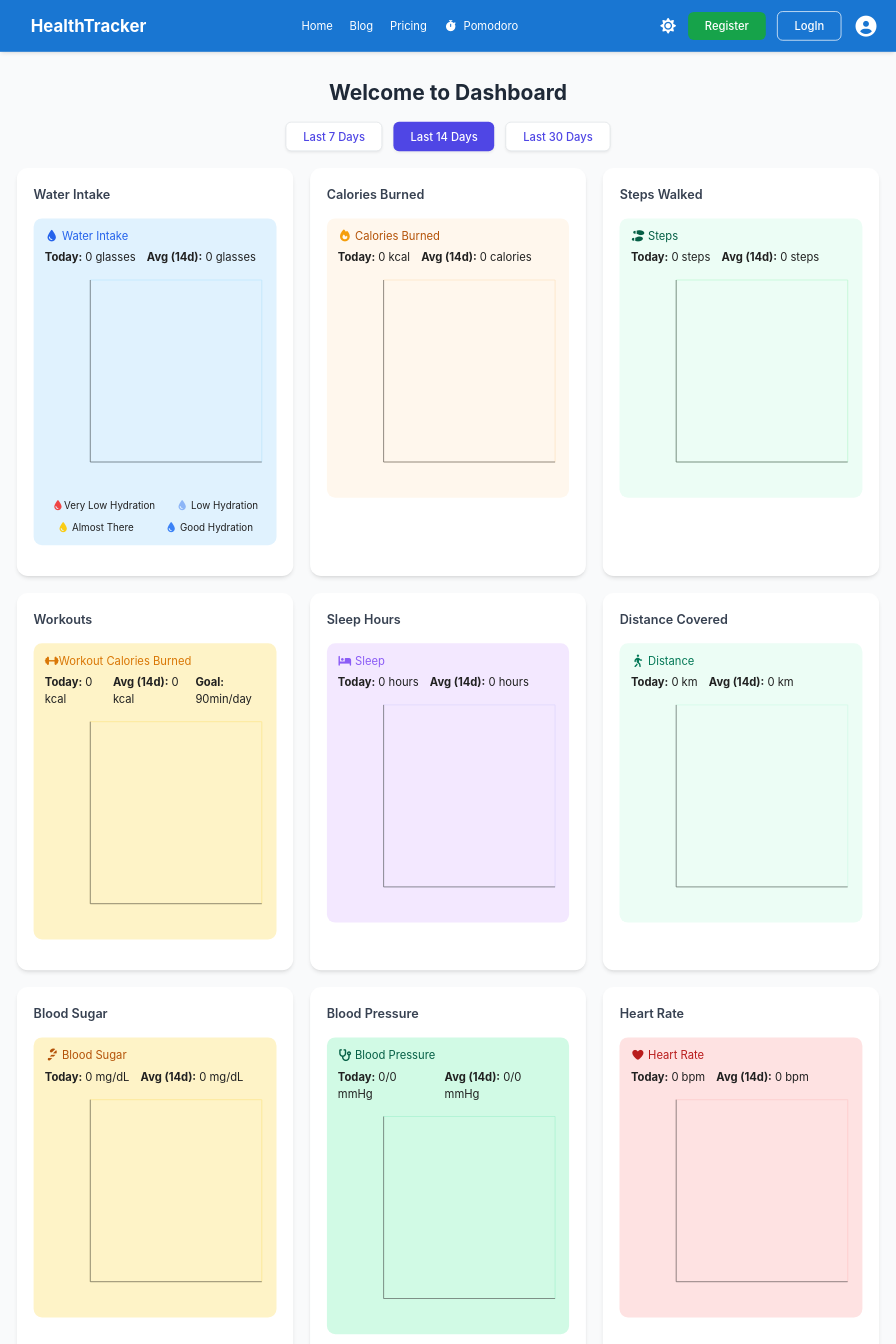
Repository: bhumikamourya/health-monitoring-application
Page: /dashboard (app in frontend/)
An editor plug-in stored every save of this project. The page is shown before and after the next save, followed by the edit.
The browser window is 1280 px wide. The pictures show the part of the page from y = 0 to 1920 px (the page is 2589 px tall), at 70% of full size.
The page's requests for data from a server got no answer. Some web libraries are served in a nearby version. The project was rebuilt for these pictures with package versions that can differ from the ones it lists, and the page was loaded fresh each time. No one was signed in, and anything a server would have sent is missing. Also part of the build but not shown: frontend/src/components/Home/particleBackground.js, frontend/src/components/Home/Component1.js, frontend/src/components/Home/Component2.js, frontend/src/components/Home/Component3.js, frontend/src/components/Home/Component4.js, frontend/src/components/Home/HomePage.js, frontend/src/components/Blog/Component1.js, frontend/src/components/Blog/Component2.js and 16 more.

Above is the page before, as saved 2025-10-14 19:10:22.

After the next save:
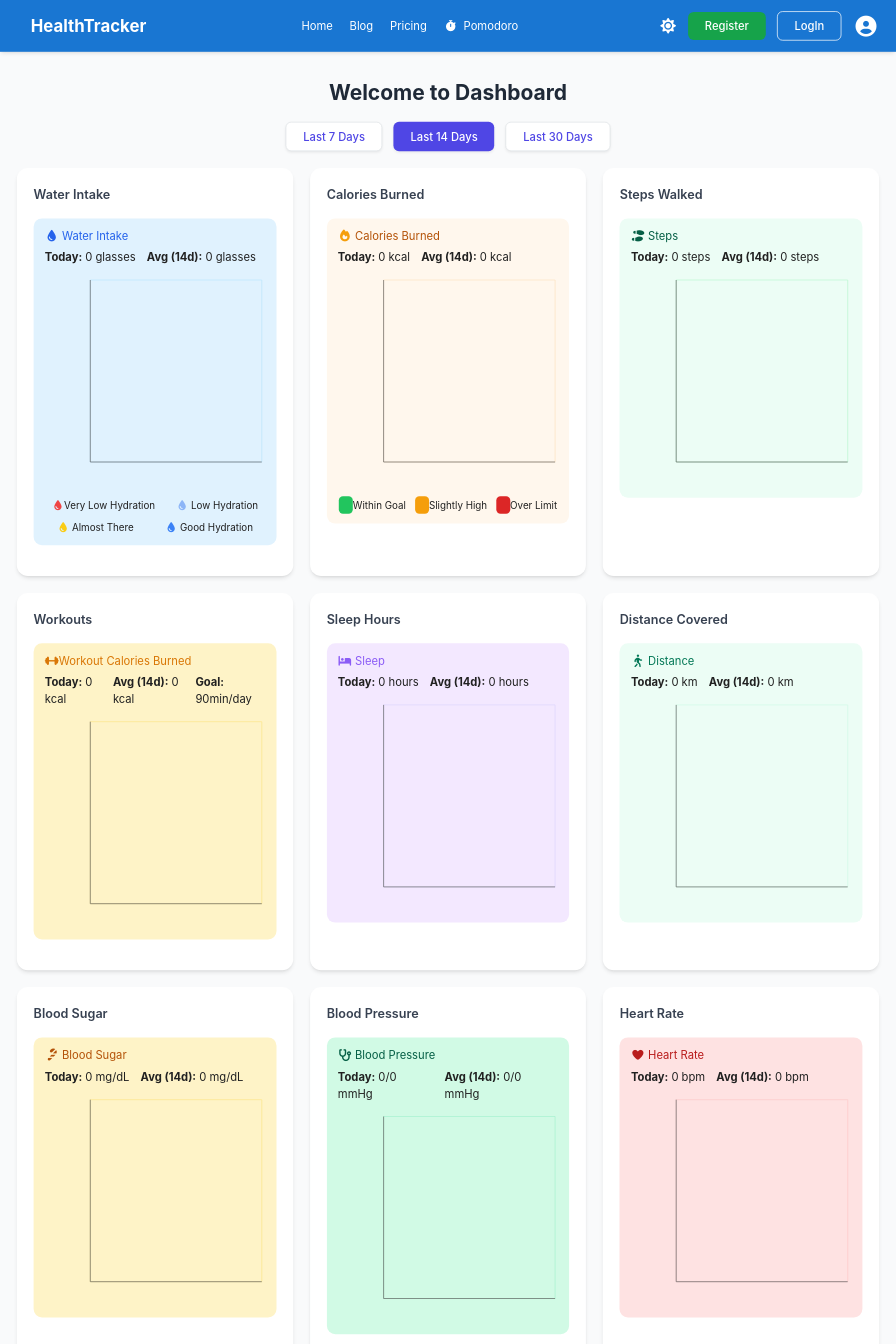
Saved 91 s later.
--- a/frontend/src/components/Charts/fitnessCharts.js
+++ b/frontend/src/components/Charts/fitnessCharts.js
@@ -81,23 +81,38 @@ function WaterChart({ days = 7, target = 8 }) {
 // Calories Chart
 function CaloriesChart({ days = 7, target = 2500 }) {
   const { data, todayTotal, avg } = useChartData("calories", "calories", days);
+
   const getCaloriesColor = (value, target) => {
-    if (value <= target) return "#22c55e";          // green
-    if (value <= target * 1.1) return "#f59e0b";   // yellow
-    return "#dc2626";                               // red
+    if (value <= target) return "#22c55e";        // 🟢 Green - within goal
+    if (value <= target * 1.1) return "#f59e0b";  // 🟡 Yellow - slightly high
+    return "#dc2626";                             // 🔴 Red - over limit
   };
 
   const coloredData = data.map(d => ({
     ...d,
     fill: getCaloriesColor(d.calories, target)
   }));
-  return (
-    <div style={{ maxWidth: 700, margin: "20px auto", background: "#fff7ed", borderRadius: 12, padding: 16 }}>
-      <h2 style={{ marginBottom: 8, color: "#b45309" }}><i className="fa-solid fa-fire" style={{ color: "#f59e0b" }}></i> Calories Burned </h2>
+
+  return (
+    <div
+      style={{
+        maxWidth: 700,
+        margin: "20px auto",
+        background: "#fff7ed",
+        borderRadius: 12,
+        padding: 16,
+      }}
+    >
+      <h2 style={{ marginBottom: 8, color: "#b45309" }}>
+        <i className="fa-solid fa-fire" style={{ color: "#f59e0b" }}></i>{" "}
+        Calories Burned
+      </h2>
+
       <div style={{ display: "flex", gap: 16, marginBottom: 16 }}>
         <div><b>Today:</b> {todayTotal} kcal</div>
-        <div><b>Avg ({days}d):</b> {avg} calories</div>
-      </div>
+        <div><b>Avg ({days}d):</b> {avg} kcal</div>
+      </div>
+
       <div style={{ width: "100%", height: 300 }}>
         <ResponsiveContainer>
           <BarChart data={coloredData}>
@@ -106,13 +121,42 @@ function CaloriesChart({ days = 7, target = 2500 }) {
             <YAxis allowDecimals={false} />
             <Tooltip content={<CustomTooltip unit="kcal" />} />
             <Bar dataKey="calories" fill={({ payload }) => payload.fill} />
-            <Line type="monotone" dataKey={() => target} stroke="#991b1b" strokeWidth={2} dot={false} />
-          </BarChart>
-        </ResponsiveContainer>
-      </div>
-    </div>
-  );
-}
+            <Line
+              type="monotone"
+              dataKey={() => target}
+              stroke="#991b1b"
+              strokeWidth={2}
+              dot={false}
+            />
+          </BarChart>
+        </ResponsiveContainer>
+      </div>
+
+      {/* 👇 Color Legend Section */}
+      <div
+        style={{
+          marginTop: 16,
+          display: "flex",
+          justifyContent: "space-around",
+          flexWrap: "wrap",
+          gap: 10,
+          fontSize: 14,
+        }}
+      >
+        <div>
+          <span style={{ background: "#22c55e", padding: "4px 10px", borderRadius: 6 }}></span> Within Goal
+        </div>
+        <div>
+          <span style={{ background: "#f59e0b", padding: "4px 10px", borderRadius: 6 }}></span> Slightly High
+        </div>
+        <div>
+          <span style={{ background: "#dc2626", padding: "4px 10px", borderRadius: 6 }}></span> Over Limit
+        </div>
+      </div>
+    </div>
+  );
+}
+
 
 // Steps Chart
 function StepsChart({ days = 7, target = 12000 }) {
